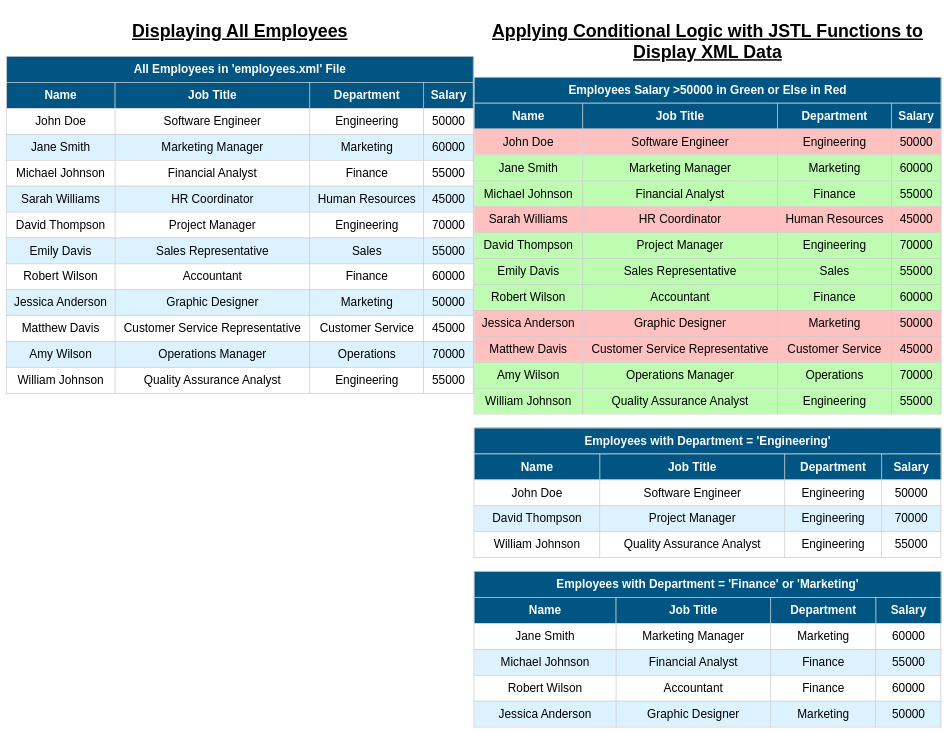
Repository: bkyncl/csd-430
Page: http://localhost/kyncl_mod9/
An editor plug-in stored every save of this project. The page is shown before and after the next save, followed by the edit.
The browser window is 1280 px wide. The pictures show the whole page, at 74% of full size.
The page is served by Tomcat 9.

Above is the page before, as saved 2023-07-05 06:54:09.

### kyncl_mod9/src/main/webapp/index.jsp
<%--
index.jsp
Module 9 assignment
Name: Brittany Kyncl
Date: 7.5.22
Course: CSD430
File to example the usage the usage of JSTL and XPath to parse XML data,
iterate over XML elements, apply conditional logic, and display the data in with customized styling.
Context purpose is to parse the XML file 'employees.xml' containing
employees data, and display it in tabular format. The file incorporates JSTL tags and functions
to manipulate the XML data and apply conditional logic for displaying the data based on various criteria.

--%>
<%@ page language="java" contentType="text/html; charset=ISO-8859-1" pageEncoding="ISO-8859-1"%>
<%@taglib uri="http://java.sun.com/jsp/jstl/core" prefix="c"%>
<%@taglib uri="http://java.sun.com/jsp/jstl/xml" prefix="x"%>
<html>
<head>
	<title>Parsing employees.xml</title>
	<link rel="stylesheet" type="text/css" href="styles.css">
</head>
<body>
	<c:import url="employees.xml" var="employeeData"/>
	<x:parse doc="${employeeData}" var="dom"/>
<div class="container">
	<div class="left">
		<h2>Displaying All Employees</h2>
		<table border="1">
			<tr>
				<th colspan="4">All Employees in 'employees.xml' File</th>
			</tr>
			<tr>
				 <th>Name</th>
				 <th>Job Title</th>
				 <th>Department</th>
				 <th>Salary</th>
			</tr>
			<x:forEach var="employee" select="$dom/employees/employee">
			<%-- Displaying the details of each employee --%>
			<tr>
			  	<td><x:out select="$employee/name"/></td>
				<td><x:out select="$employee/jobTitle"/></td>
				<td><x:out select="$employee/department"/></td>
				<td><x:out select="$employee/salary"/></td>

			</x:forEach>
		</table>
	</div>
	<div class="right">
		<h2>Applying Conditional Logic with JSTL Functions to Display XML Data</h2>
		<table border="1">
		    <tr>
		        <th colspan="4">Employees Salary >50000 in Green or Else in Red</th>
		    </tr>
		    <tr>
		        <th>Name</th>
		        <th>Job Title</th>
		        <th>Department</th>
		        <th>Salary</th>
		    </tr>
		    <x:forEach var="employee" select="$dom/employees/employee">
		        <x:choose>
		        	<%-- Applying styling to employees with salary > 50000 --%>
		            <x:when select="$employee/salary>50000">
		                <tr style="background-color: #BDFCB1;">
		                    <td><x:out select="$employee/name"/></td>
		                    <td><x:out select="$employee/jobTitle"/></td>
		                    <td><x:out select="$employee/department"/></td>
		                    <td><x:out select="$employee/salary"/></td>
		                </tr>
		            </x:when>
		            <%-- Applying styling to employees with salary <= 50000 --%>
		            <x:when select="$employee/salary<=50000">
		                <tr style="background-color: #FFC0C0;">
		                    <td><x:out select="$employee/name"/></td>
		                    <td><x:out select="$employee/jobTitle"/></td>
		                    <td><x:out select="$employee/department"/></td>
		                    <td><x:out select="$employee/salary"/></td>
		                </tr>
		            </x:when>
		            <%-- Displaying employees without any styling for otherwise clause (just in case conditions not met) --%>
		            <x:otherwise>
		                <tr>
		                    <td><x:out select="$employee/name"/></td>
		                    <td><x:out select="$employee/jobTitle"/></td>
		                    <td><x:out select="$employee/department"/></td>
		                    <td><x:out select="$employee/salary"/></td>
		                </tr>
		            </x:otherwise>
		        </x:choose>
		    </x:forEach>
		</table>
	    <br>
	    <table border="1">
		    <tr>
		        <th colspan="4">Employees with Department = 'Engineering'</th>
		    </tr>
		    <tr>
		        <th>Name</th>
		        <th>Job Title</th>
		        <th>Department</th>
		        <th>Salary</th>
		    </tr>
		    <x:forEach var="employee" select="$dom/employees/employee">
		        <x:choose>
		        	<%-- Filtering and displaying employees with the department value 'Engineering' --%>
		            <x:when select="$employee/department='Engineering'">
		                <tr>
		                    <td><x:out select="$employee/name"/></td>
		                    <td><x:out select="$employee/jobTitle"/></td>
		                    <td><x:out select="$employee/department"/></td>
		                    <td><x:out select="$employee/salary"/></td>
		                </tr>
		            </x:when>
		        </x:choose>
		    </x:forEach>
		</table>
		<br>
		<table border="1">
		    <tr>
		        <th colspan="4">Employees with Department = 'Finance' or 'Marketing'</th>
		    </tr>
		    <tr>
		        <th>Name</th>
		        <th>Job Title</th>
		        <th>Department</th>
		        <th>Salary</th>
		    </tr>
		    <x:forEach var="employee" select="$dom/employees/employee">
		        <x:choose>
		        	<%-- Filtering and displaying employees with the department values 'Finance' or 'Marketing' --%>
		            <x:when select="$employee/department='Finance' or $employee/department='Marketing'">
		                <tr>
		                    <td><x:out select="$employee/name"/></td>
		                    <td><x:out select="$employee/jobTitle"/></td>
		                    <td><x:out select="$employee/department"/></td>
		                    <td><x:out select="$employee/salary"/></td>
		                </tr>
		            </x:when>
		        </x:choose>
		    </x:forEach>
		</table>
	</div>
</div>

</body>
</html>

### kyncl_mod9/src/main/webapp/employees.xml
<?xml version="1.0" encoding="UTF-8"?>
<employees>
  <employee>
    <name>John Doe</name>
    <jobTitle>Software Engineer</jobTitle>
    <department>Engineering</department>
    <salary>50000</salary>
  </employee>
  <employee>
    <name>Jane Smith</name>
    <jobTitle>Marketing Manager</jobTitle>
    <department>Marketing</department>
    <salary>60000</salary>
  </employee>
  <employee>
    <name>Michael Johnson</name>
    <jobTitle>Financial Analyst</jobTitle>
    <department>Finance</department>
    <salary>55000</salary>
  </employee>
  <employee>
    <name>Sarah Williams</name>
    <jobTitle>HR Coordinator</jobTitle>
    <department>Human Resources</department>
    <salary>45000</salary>
  </employee>
  <employee>
    <name>David Thompson</name>
    <jobTitle>Project Manager</jobTitle>
    <department>Engineering</department>
    <salary>70000</salary>
  </employee>
  <employee>
    <name>Emily Davis</name>
    <jobTitle>Sales Representative</jobTitle>
    <department>Sales</department>
    <salary>55000</salary>
  </employee>
  <employee>
    <name>Robert Wilson</name>
    <jobTitle>Accountant</jobTitle>
    <department>Finance</department>
    <salary>60000</salary>
  </employee>
  <employee>
    <name>Jessica Anderson</name>
    <jobTitle>Graphic Designer</jobTitle>
    <department>Marketing</department>
    <salary>50000</salary>
  </employee>
  <employee>
    <name>Matthew Davis</name>
    <jobTitle>Customer Service Representative</jobTitle>
    <department>Customer Service</department>
    <salary>45000</salary>
  </employee>
  <employee>
    <name>Amy Wilson</name>
    <jobTitle>Operations Manager</jobTitle>
    <department>Operations</department>
    <salary>70000</salary>
  </employee>
  <employee>
    <name>William Johnson</name>
    <jobTitle>Quality Assurance Analyst</jobTitle>
    <department>Engineering</department>
    <salary>55000</salary>
  </employee>
</employees>

### kyncl_mod9/src/main/webapp/styles.css
/* Table styles */
body {
  font-family: Arial, sans-serif;
}
.container {
	display: flex;
	flex-wrap: wrap;

}
.left {
  flex: 1 1 50%;
}

.right {
  flex: 1 1 50%;
}
h2 {
	text-decoration: underline;
	text-align: center;
}
table {
  width: 100%;
  border-collapse: collapse;
}
table tr:nth-child(even) {
  background-color: #dcf3ff; /* Replace with your desired color */
}

table th, table td {
  padding: 8px;
  text-align: center;
  border: 1px solid #ccc;
}

table th {
  background-color: #005582;
  color: #fff;
}

After the next save:
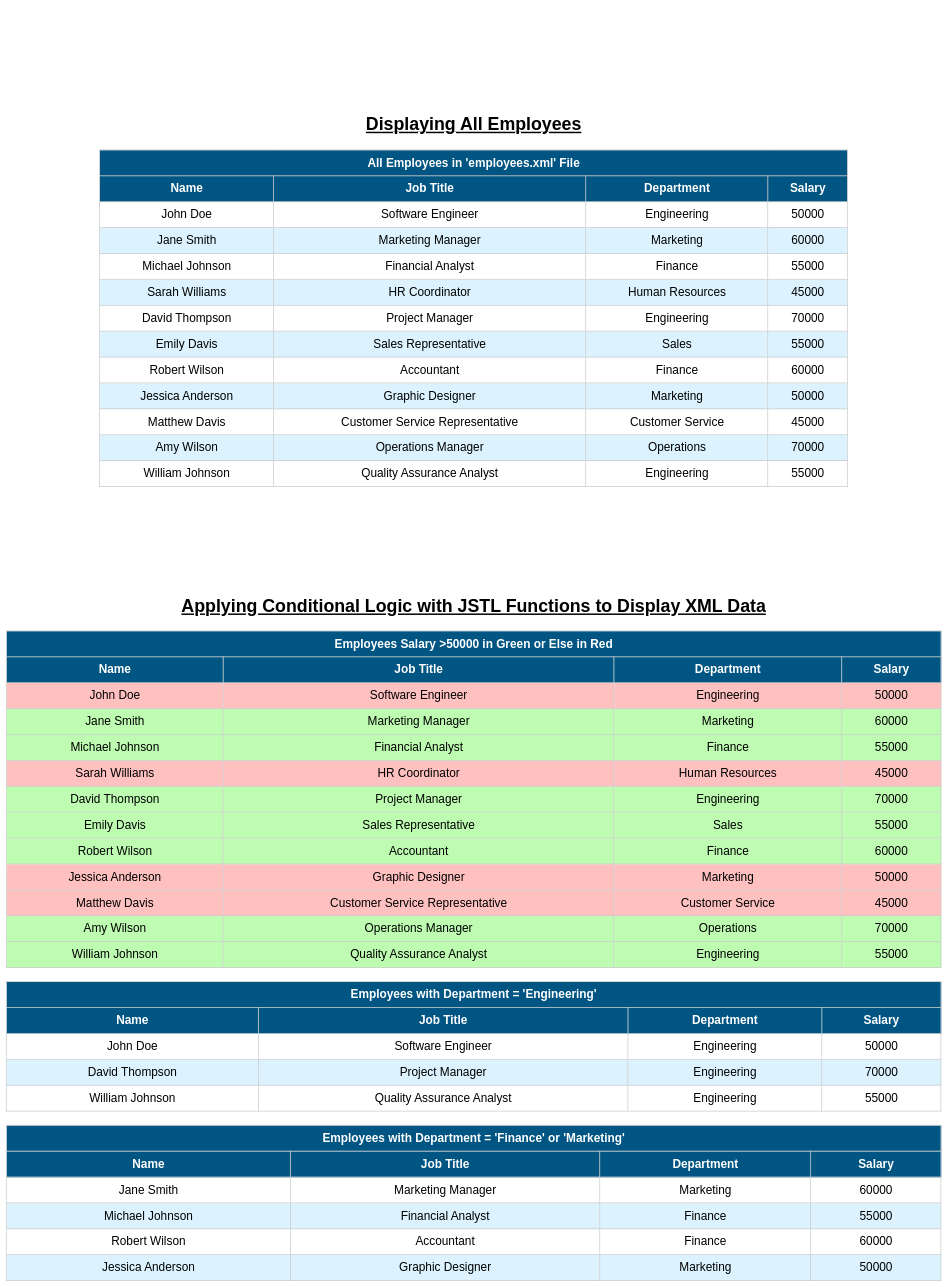
Saved 19 s later.
--- a/kyncl_mod9/src/main/webapp/styles.css
+++ b/kyncl_mod9/src/main/webapp/styles.css
@@ -9,6 +9,7 @@ body {
 }
 .left {
   flex: 1 1 50%;
+  padding: 10%;
 }
 
 .right {
